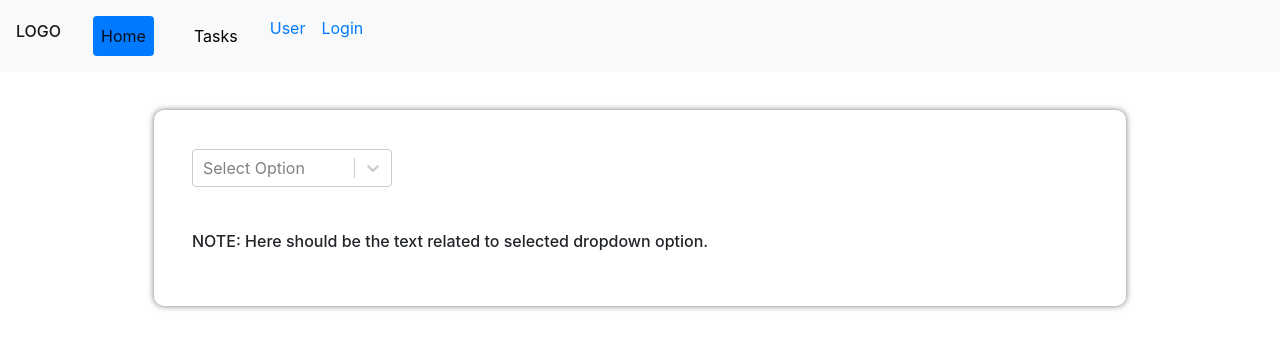
Repository: lalji-yadav/Nimapinfotech-demo-project
Page: /
The author's editor kept a copy of each file at every save. The page is drawn from the files as they stood at one save, then again after the next save.
The browser window is 1280 px wide. The pictures show the whole page.
The project was rebuilt for these pictures with package versions that can differ from the ones it lists, and the page was loaded fresh each time. Also part of the build but not shown: src/components/Tasks.js, src/components/Users.js, src/components/Login.js.

Above is the page before, as saved 2021-01-18 16:38:46.

After the next save:
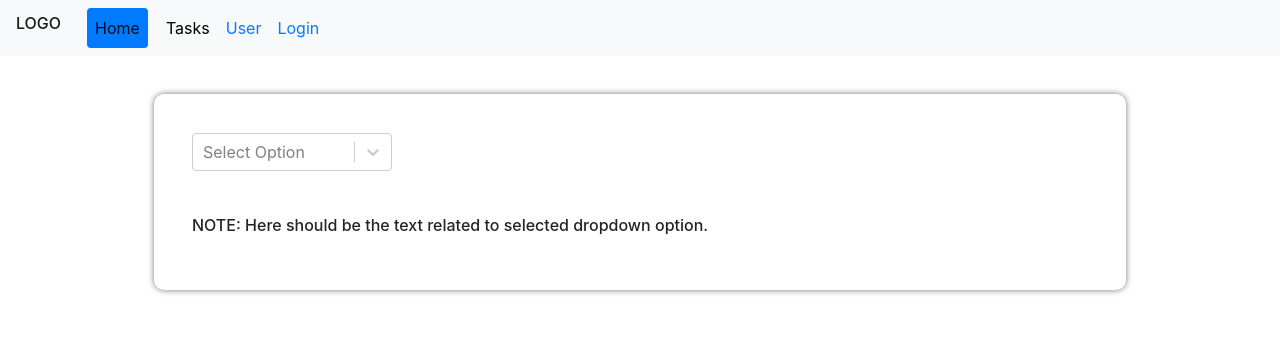
Saved 18 s later.
--- a/src/components/Navbars.js
+++ b/src/components/Navbars.js
@@ -25,10 +25,10 @@ const Navbars=()=> {
                       <Navbar.Toggle aria-controls="basic-navbar-nav" />
                       <Navbar.Collapse id="basic-navbar-nav">
                       <Nav variant="pills" defaultActiveKey="/">
-                        <Nav.Item className="navbar">
+                        <Nav.Item className="navbarbtn">
                           <Nav.Link href="/">Home </Nav.Link>
                         </Nav.Item>
-                        <Nav.Item className='navbar'>
+                        <Nav.Item className='navbarbtn'>
                           <Nav.Link eventKey="link-1"> <Link style={{color:"black"}}  to="/tasks"> Tasks </Link> </Nav.Link>
                         </Nav.Item>
                         <Nav.Item>
